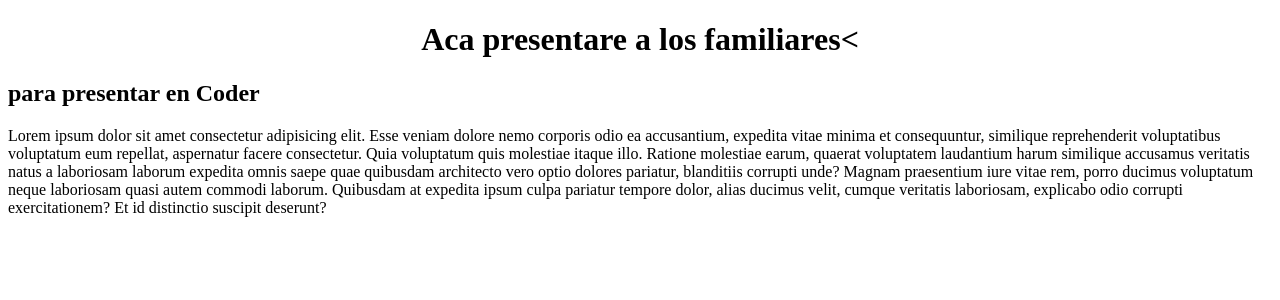
Repository: gadiazsaavedra/Familiares
Page: Familiares/Familiares/plantillas/template1.html
These files come from the project's save history. The page is drawn as it stood at one moment and after the next save; the edit follows.
The browser window is 1280 px wide. The pictures show the whole page.

Above is the page before, as saved 2021-12-07 16:17:36.

After the next save:
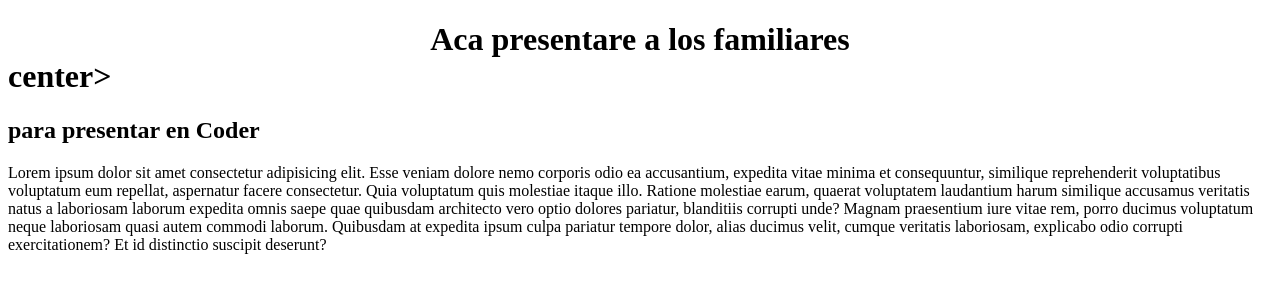
Saved 4 s later.
--- a/Familiares/Familiares/plantillas/template1.html
+++ b/Familiares/Familiares/plantillas/template1.html
@@ -7,7 +7,7 @@
     <title>Familia</title>
 </head>
 <body>
-    <h1><center>Aca presentare a los familiares<</h1>
+    <h1><center>Aca presentare a los familiares</center>center></h1>
     <h2>para presentar en Coder</h2>
     <p>Lorem ipsum dolor sit amet consectetur adipisicing elit. Esse veniam dolore nemo corporis odio ea accusantium, expedita vitae minima et consequuntur, similique reprehenderit voluptatibus voluptatum eum repellat, aspernatur facere consectetur. Quia voluptatum quis molestiae itaque illo. Ratione molestiae earum, quaerat voluptatem laudantium harum similique accusamus veritatis natus a laboriosam laborum expedita omnis saepe quae quibusdam architecto vero optio dolores pariatur, blanditiis corrupti unde? Magnam praesentium iure vitae rem, porro ducimus voluptatum neque laboriosam quasi autem commodi laborum. Quibusdam at expedita ipsum culpa pariatur tempore dolor, alias ducimus velit, cumque veritatis laboriosam, explicabo odio corrupti exercitationem? Et id distinctio suscipit deserunt?</p>
 </body>
